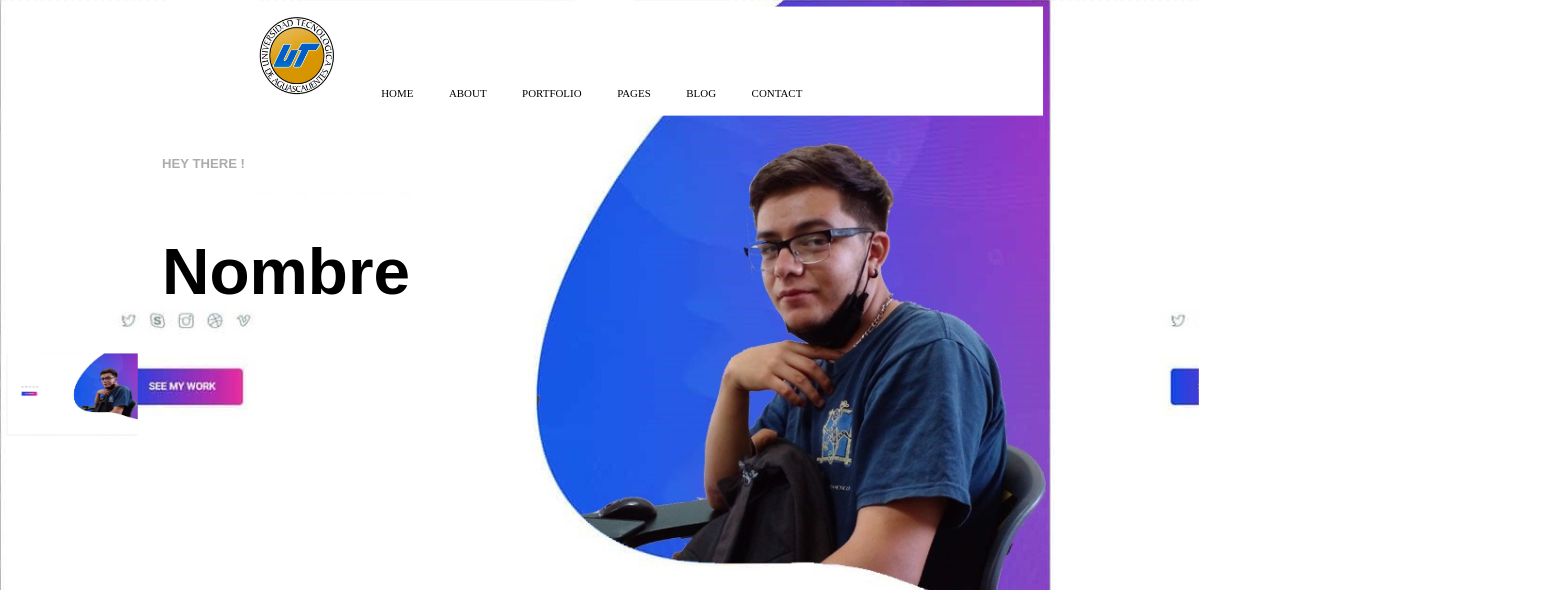
Repository: Armandoyerek11/proyectou1
Page: index.html
The author's editor kept a copy of each file at every save. The page is drawn from the files as they stood at one save, then again after the next save.
The browser window is 1280 px wide. The page is 1462 px wide, then 1904 px, so the pictures cover 1904 px, including what lies to the right of the window. The pictures show the whole page, at 82% of full size.

Above is the page before, as saved 2022-05-30 14:39:48.

### index.html
<!DOCTYPE html>
<html lang="en">

<head>
    <meta charset="UTF-8">
    <meta http-equiv="X-UA-Compatible" content="IE=edge">
    <meta name="viewport" content="width=device-width, initial-scale=1.0">
    <title>Proyecto U1</title>
    <link rel="stylesheet" href="style.css">
</head>

<body>
    <nav>
        <a><img src="logo.jpg" width="160" height="100"></li>
        </a>
        <a href="#" class="nav_bar">HOME</a>
        <a href="#" class="nav_bar">ABOUT</a>
        <a href="#" class="nav_bar">PORTFOLIO</a>
        <a href="#" class="nav_bar">PAGES</a>
        <a href="#" class="nav_bar">BLOG</a>
        <a href="#" class="nav_bar">CONTACT</a>
    </nav>
    <br>
    </br>
    <h1> HEY THERE !</h1>

    <h2>Nombre</h2>
    <h3><img src="fondo.jpeg" width="160" height="100"></li>
    </h3>
</body>

</html>

### style.css
.nav_bar {
    display: inline-block;
    background: white;
    color: black;
    text-align: center;
    padding: 9px 20px;
    text-decoration: none;
}

nav {
    background: rgb(255, 255, 255);
    padding: 10px;
    text-align: center;
    font-style: sans-serif;
    font-size: smaller;
}

.nav_bar:hover {
    background: rgb(255, 251, 251);
    text-align: center;
}

h1 {
    color: #adacac;
    font-size: 1em;
    top: 50%;
    left: 80%;
    transform: translatex(15%) translatey(15%);
    font-family: Arial, Helvetica, sans-serif;
}

h2 {
    color: black;
    font-size: 5em;
    top: 50%;
    right: 10ch;
    transform: translatex(15%) translatey(15%);
    font-family: Arial, Helvetica, sans-serif;
}

body {
    background-image: url("/fondo.jpeg");
    background-size: cover;
}

After the next save:
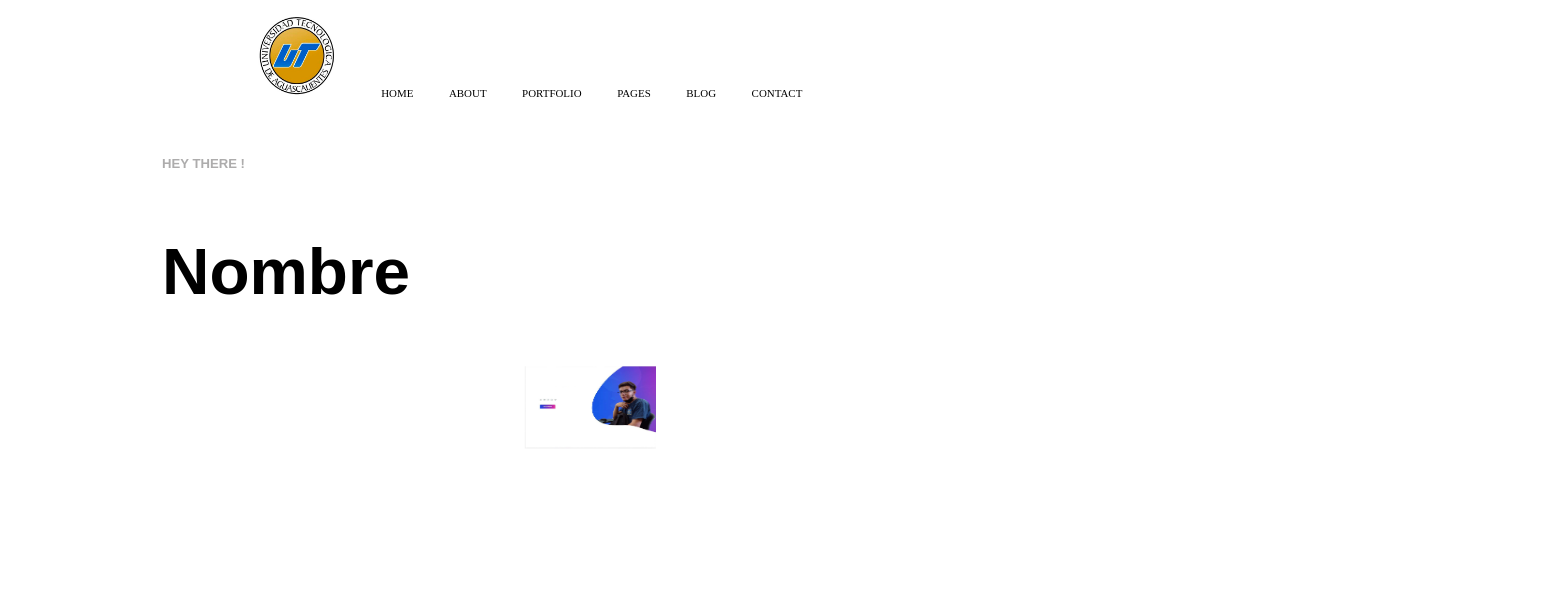
Saved 34 s later.
--- a/style.css
+++ b/style.css
@@ -38,7 +38,6 @@
     font-family: Arial, Helvetica, sans-serif;
 }
 
-body {
-    background-image: url("/fondo.jpeg");
-    background-size: cover;
+h3 {
+    transform: translatex(50%) translatey(15%);
 }
